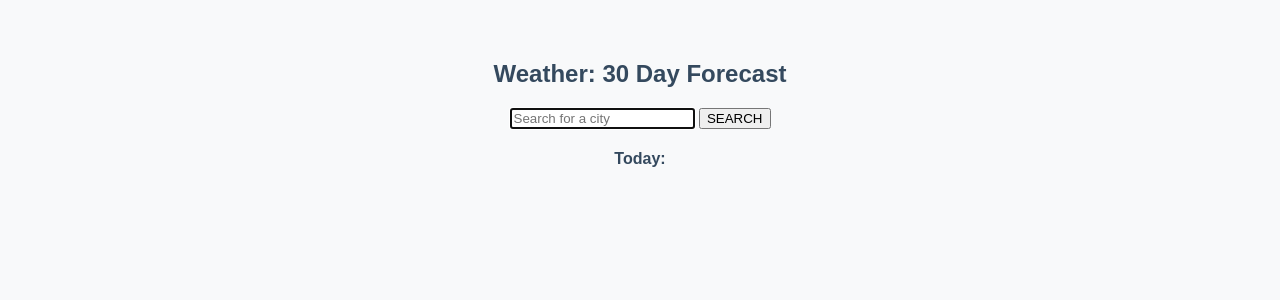
Repository: m0llyc00k/web-advanced
Page: NYC_weather_midterm/index_MC.html
The author's editor kept a record of every edit. The page is drawn from the files as they stood at one moment, then again after the next edit.
The browser window is 1280 px wide. The pictures show the whole page.
Some web fonts or font styles are not loaded; a fallback is used.

Above is the page before.

### NYC_weather_midterm/index_MC.html
<!DOCTYPE html>
<html lang="en">

<head>
    <link rel="stylesheet" href="./styles_MC.css" type="text/css">

    </link>

    <title>Weather: 30 Day Forecast</title>
</head>

<body>
    <h2 class="title">
         Weather: 30 Day Forecast
    </h2>

        <section class="top-banner">
            <div class="container">
                <form>
                    <input type="text" placeholder="Search for a city" autofocus>
                    <button type="submit">SEARCH</button>
                    <span class="msg"></span>
                </form>
            </div>
        </section>
        <!--<section class="ajax-section">-->
        <!--    <div class="container">-->
        <!--        <ul class="cities"></ul>-->
        <!--    </div>-->
        <!--</section>-->
    </div>
    <h4>Today:</h4>
    <br><br><br>
    <div id="wrapper" class="wrapper">
        <div id="tooltip" class="tooltip">
            <div id="tooltip-date" class="tooltip-date"></div>
            <div id="tooltip-temperature" class="tooltip-temperature">
                <span id="tooltip-temperature-min"></span>
                -
                <span id="tooltip-temperature-max"></span>
            </div>
            <div class="tooltip-metric tooltip-precipitation-type">
                <div>Weather</div>
                <div id="tooltip-precipitation-type"></div>
            </div>

            <div class="tooltip-metric tooltip-cloud">
                <div>Cloud Cover</div>
                <div id="tooltip-cloud"></div>
            </div>
            <div class="tooltip-metric tooltip-rain">
                <div>Rain</div>
                <div id="tooltip-rain"></div>
            </div>
            <div class="tooltip-metric tooltip-snow">
                <div>Snow</div>
                <div id="tooltip-snow"></div>
            </div>
            <div class="tooltip-metric tooltip-humidity">
                <div>Humidity</div>
                <div id="tooltip-humidity"></div>
            </div>
        </div>


        <script src="https://d3js.org/d3.v7.min.js"></script>
        <script src="./script2.js"></script>

</body>

</html>

### NYC_weather_midterm/styles_MC.css
/* Import and use the Inter font https://rsms.me/inter/ */
@import url('https://rsms.me/inter/inter.css');

html {
    font-family: 'Inter', sans-serif;
}

body {
    display: flex;
    flex-direction: column;
    align-items: center;
    padding: 2em 2em;
    font-family: 'Inter var', sans-serif;
    font-size: 16px;
    color: #34495e;
    background: #f8f9fa;
}

#title {
    position: relative;
    width: 600px;
    margin-top: .3em;
    margin-bottom: .3em;
    line-height: 1.2em;
    display: flex;
    justify-content: center;
    text-align: center;
    align-items: center;
    font-family: 'Inter', sans-serif;
    font-feature-settings: 'tnum'1;
    font-weight: bold;
    font-size: 24px;
}

.grid-line {
    stroke: #dadadd;
    fill: none;
}

.tick-label {
    dominant-baseline: middle;
    fill: #8395a7;
    font-size: 0.7em;
    font-weight: 700;
    letter-spacing: 0.005em;
}

.tick-label-temperature {
    fill: #8395a7;
    opacity: 0.7;
    dominant-baseline: middle;
    font-size: 0.7em;
}

.freezingCircle {
    fill: skyblue;
    opacity: 0.5;
}

.day-line {
    stroke: #dadadd;
    stroke-width: 3;
}

.cloud-dot {
    fill: #c8d6e5;
    /*opacity: 0.8;*/
    mix-blend-mode: multiply;
}

.humidity-dot {
    fill: #d8d2e7;
    /*opacity: 0.8;*/
}

.rain-dot {
    opacity: 0.7;
    fill: cornflowerblue;
    mix-blend-mode: multiply;
}

.snow-dot {
    opacity: 0.7;
    fill: #636e72;
    mix-blend-mode: multiply;
}

.annotation-line {
    stroke: gray;
    /*opacity: 0.4;*/
}

.annotation-text {
    fill: gray;
    font-size: 0.7em;
    dominant-baseline: middle;
}

svg {
    overflow: visible;
}

#wrapper {
    position: relative;
}

.dropbtn {
    background-color: #8395a7;
    font-family: 'Inter', sans-serif;
    color: #dfdfdf;
    padding: 14px;
    font-size: 13px;
    border: none;
}

.dropdown {
    position: relative;
    display: inline-block;
}

.dropdown-content {
    font-family: 'Inter', sans-serif;
    font-size: 12px;
    display: none;
    position: absolute;
    background-color: #dfdfdf;
    min-width: 120px;
    box-shadow: 0px 8px 16px 0px rgba(0, 0, 0, 0.2);
    z-index: 1;
    color: #34495e;
    justify-content: center;
    text-align: center;
    align-items: center;

}

.dropdown-content a {
    font-family: 'Inter', sans-serif;
    color: black;
    padding: 12px 16px;
    text-decoration: none;
    display: block;
}

.dropdown-content a:hover {
    background-color: cornflowerblue;
    opacity: .5;
}

.dropdown:hover .dropdown-content {
    display: block;
}

.dropdown:hover .dropbtn {
    opacity: .5;
}

.tooltip {
    opacity: 0;
    position: absolute;
    top: 0;
    left: 0;
    width: 15em;
    padding: 0.6em 1em;
    background: #fff;
    text-align: center;
    line-height: 1.4em;
    font-size: 0.9em;
    border: 1px solid #ddd;
    z-index: 10;
    pointer-events: none;

}

.tooltip-date {
    margin-bottom: 0.2em;
    font-weight: 600;
    font-size: 1.1em;
    line-height: 1.4em;
}

.tooltip-temperature {
    font-feature-settings: 'tnum'1;
}

.tooltip-metric {
    display: flex;
    justify-content: space-between;
    width: 100%;
    font-size: 0.8em;
    line-height: 1.3em;
    transition: all 0.1s ease-out;
}

.tooltip-metric div:first-child {
    font-weight: 800;
    padding-right: 1em;
}

.tooltip-metric div:nth-child(2) {
    font-feature-settings: 'tnum'1;
}

.tooltip-cloud {
    color: #8395a7;
}

.tooltip-humidity {
    color: #bbb1d5;
}

.listener-circle {
    fill: transparent;
}

.tooltip-line {
    pointer-events: none;
    fill: #8395a7;
    /*fill-opacity: 0.2;*/
    mix-blend-mode: multiply;
}

.tooltip-rain {
    color: cornflowerblue;
}

.tooltip-snow {
    /*color: #8791a3;*/
    color: #b2bec3;
}

.tooltip-precipitation-type {
    margin-bottom: 8px;
    margin-top: 8px;
}

### NYC_weather_midterm/script2.js
/*global d3*/
//create a constructor function to process the data within object

"use strict";

const form = document.querySelector(".top-banner form");
const input = document.querySelector(".top-banner input");
const msg = document.querySelector(".top-banner .msg");
// const list = document.querySelector(".ajax-section .cities");
const apiKey = "0353e66df6f1bec42f85ab2aa62ad775";

form.addEventListener("submit", e => {
    e.preventDefault();
    let inputVal = input.value;

    //ajax here
    const url = `https://pro.openweathermap.org/data/2.5/forecast/climate?q=${inputVal}&appid=${apiKey}&units=imperial`;

    function fetchSearchData() {

        fetch(url)
            .then(res => res.json())
            // .then(data => {
            //     console.log(data)

            .then(function(data) {
                const dataset = data.list
                const allData = data


                drawChart(dataset)
                console.log(allData)
                getTitle(allData)

            })
            .catch(error => {
                console.log(error);
                msg.textContent = "Please search for a valid city";
            })

        msg.textContent = "";
        form.reset();
        input.focus();
    };



    function getTitle(allData) {
        const title = document.getElementById("title")
        const city = document.createElement("h2");
        const newTitle = city.innerText = allData.city.name + ", " + allData.city.country;
        title.innerHTML = newTitle + " : 30 Day Forecast";
    }

    const chartDiv = document.getElementById('wrapper')

        if (chartDiv == null) {
            fetchSearchData()
        } else {
            chartDiv.remove()
            fetchSearchData()
        }


    //////// draw chart in d3 ////////


    function drawChart(newData) {



        // 1. Access data


        // console.log(newData)
        //add the date format to the data
        const formatDate = d3.timeFormat("%Y-%m-%d")
        const parseDate = d3.timeParse("%Y-%m-%d")

        newData.forEach((element) => {
            element['date'] =
                (formatDate(element.dt * 1000))
        })

        const sunFormatter = d3.timeFormat("%I %p")
        const temperatureMinAccessor = d => d.temp.min
        const temperatureMaxAccessor = d => d.temp.max
        const dayAccessor = d => d.date
        const humidityAccessor = d => d.humidity
        const rainAccessor = d => d.rain
        const snowAccessor = d => d.snow
        const precipitationTypeAccessor = d => d.weather[0].main
        const weatherType = d => d.weather[0].description
        const cloudAccessor = d => d.clouds
        const dateParser = d3.timeParse("%Y-%m-%d")
        const sunriseAccessor = d => dateParser(d.sunrise)
        const sunsetAccessor = d => dateParser(d.sunset)
        const sunriseFormat = d => sunFormatter(sunriseAccessor(d.sunrise))
        const dateAccessor = d => dateParser(d.date)


        // 2. Create chart dimensions

        const width = 600
        let dimensions = {
            width: width,
            height: width,
            radius: width / 2,
            margin: {
                top: 120,
                right: 120,
                bottom: 120,
                left: 120,
            },
        }
        dimensions.boundedWidth = dimensions.width - dimensions.margin.left - dimensions.margin.right
        dimensions.boundedHeight = dimensions.height - dimensions.margin.top - dimensions.margin.bottom
        dimensions.boundedRadius = dimensions.radius - ((dimensions.margin.left + dimensions.margin.right) / 2)

        // 3. Draw canvas

        const div = document.createElement("div")
        div.setAttribute('class', 'wrapper');
        div.setAttribute('id', 'wrapper')
        document.body.appendChild(div);

        div.innerHTML = `
        <div id="tooltip" class="tooltip">
            <div id="tooltip-date" class="tooltip-date"></div>
            <div id="tooltip-temperature" class="tooltip-temperature">
                <span id="tooltip-temperature-min"></span>
                -
                <span id="tooltip-temperature-max"></span>
            </div>
            <div class="tooltip-metric tooltip-precipitation-type">
                <div>Weather</div>
                <div id="tooltip-precipitation-type"></div>
            </div>

            <div class="tooltip-metric tooltip-cloud">
                <div>Cloud Cover</div>
                <div id="tooltip-cloud"></div>
            </div>
            <div class="tooltip-metric tooltip-rain">
                <div>Rain</div>
                <div id="tooltip-rain"></div>
            </div>
            <div class="tooltip-metric tooltip-snow">
                <div>Snow</div>
                <div id="tooltip-snow"></div>
            </div>
            <div class="tooltip-metric tooltip-humidity">
                <div>Humidity</div>
                <div id="tooltip-humidity"></div>
            </div>
        </div>
        `

        const subtitle = document.createElement('h4')

        const wrapper = d3.select("#wrapper")
            .append("svg")
            .attr("width", dimensions.width)
            .attr("height", dimensions.height)

        const bounds = wrapper.append("g")
            .style("transform", `translate(${
            dimensions.margin.left + dimensions.boundedRadius}px, ${dimensions.margin.top + dimensions.boundedRadius}px)`)

        const defs = wrapper.append("defs")

        const gradientId = "temperature-gradient"
        const gradient = defs.append("radialGradient")
            .attr("id", gradientId)

        const radiusScale = d3.scaleLinear()
            .domain(d3.extent([
                ...newData.map(temperatureMinAccessor),
                ...newData.map(temperatureMaxAccessor),
            ]))
            .range([0, dimensions.boundedRadius])
            .nice()

        const numberOfStops = 10
        // const gradientColorScale = d3.interpolatePuBuGn
        // const gradientColorScale = d3.interpolateBuPu
        // const gradientColorScale = d3.interpolateCool
        const gradientColorScale = d3.interpolateRgb("cornflowerblue", "#047773")


        const temperatureColorScale = d3.scaleSequential()
            .domain(radiusScale.domain())
            .interpolator(gradientColorScale)

        d3.range(numberOfStops).forEach(i =>
            gradient.append("stop")
            .attr("offset", `${i *100 / (numberOfStops - 1)}%`)
            .attr("stop-color", gradientColorScale(
                i / (numberOfStops - 1)
            )))

        // 4. Create scales

        const angleScale = d3.scaleTime()
            .domain(d3.extent(newData, dateAccessor))
            .range([0, Math.PI * 2])


        const getCoordinatesForAngle = (angle, offset = 1) => [
            Math.cos(angle - Math.PI / 2) * dimensions.boundedRadius * offset,
            Math.sin(angle - Math.PI / 2) * dimensions.boundedRadius * offset,
        ]

        const getXFromDataPoint = (d, offset = 1.4) => (
            getCoordinatesForAngle(angleScale(dateAccessor(d)), offset)[0]
        )

        const getYFromDataPoint = (d, offset = 1.4) => (
            getCoordinatesForAngle(angleScale(dateAccessor(d)), offset)[1]
        )

        // 5. Draw data

        const freezingCircle = bounds.append("circle")
            .attr("r", radiusScale(32))
            .attr("class", "freezingCircle")


        const areaGenerator = d3.areaRadial()
            .angle(d => angleScale(dateAccessor(d)))
            .innerRadius(d => radiusScale(temperatureMinAccessor(d)))
            .outerRadius(d => radiusScale(temperatureMaxAccessor(d)))

        const area = bounds.append("path")
            .attr("d", areaGenerator(newData))
            .style("fill", `url(#${gradientId}`)

        const cloudRadiusScale = d3.scaleSqrt()
            .domain(d3.extent(newData, cloudAccessor))
            .range([1, 10])

        const humidityRadiusScale = d3.scaleSqrt()
            .domain(d3.extent(newData, humidityAccessor))
            .range([1, 10])

        const precipitationTypes = ["rain", "clouds", "snow", "humidity"]
        const precipitationTypeColorScale = d3.scaleOrdinal()
            .domain(precipitationTypes)
            .range(["cornflowerblue", "#636e72", "#b2bec3", "#d8d2e7"])

        const rainRaduisScale = d3.scaleSqrt()
            .domain(d3.extent(newData, rainAccessor))
            .range([0, 10])

        const snowRaduisScale = d3.scaleSqrt()
            .domain(d3.extent(newData, snowAccessor))
            .range([0, 10])

        // 6. Draw peripherals

        const annotationGroup = bounds.append("g")
        const drawAnnotation = (angle, offset, text) => {
            const [x1, y1] = getCoordinatesForAngle(angle, offset)
            const [x2, y2] = getCoordinatesForAngle(angle, 2.6)

            annotationGroup.append("line")
                .attr("x1", x1)
                .attr("x2", x2)
                .attr("y1", y1)
                .attr("y2", y2)
                .attr("class", "annotation-line")

            annotationGroup.append("text")
                .attr("x", x2 + 6)
                .attr("y", y2)
                .attr("class", "annotation-text")
                .text(text)

        }




        const peripherals = bounds.append("g")
        const days = d3.timeDay.range(...angleScale.domain())

        days.forEach(day => {
            const angle = angleScale(day)
            const [x, y] = getCoordinatesForAngle(angle, 1)
            // console.log(getCoordinatesForAngle(angle, 1))

            peripherals.append("line")
                .attr("x2", x)
                .attr("y2", y)
                .attr("class", "grid-line")


            const [labelx, labely] = getCoordinatesForAngle(angle, 2)
            peripherals.append("text")
                .text(d3.timeFormat("%b %d")(day))
                .attr("x", labelx)
                .attr("y", labely)
                .attr("class", "tick-label")
                .style("text-anchor",
                    Math.abs(labelx) < 5 ? "middle" :
                    labelx > 0 ? "start" :
                    "end"
                )


            const temperatureTicks = radiusScale.ticks(4)
            // console.log(temperatureTicks)
            const gridCircles = temperatureTicks.map(d => {
                peripherals.append("circle")
                    .attr("r", radiusScale(d))
                    .attr("class", "grid-line")
            })

            const tickLabelBackgrounds = temperatureTicks.map(d => {
                if (d < 1) return
                return peripherals.append("rect")
                    // .attr("x", 4)
                    .attr("y", -radiusScale(d) - 10)
                    .attr("width", 40)
                    .attr("height", 20)
                    .attr("fill", "#f8f9fa")
            })

            const gridLabels = temperatureTicks.map(d => {
                if (d < 1) return
                return peripherals.append("text")
                    .attr("x", 4)
                    .attr("y", -radiusScale(d) + 2)
                    .html(`${d3.format(".0f")(d)} \xB0F`)
                    .attr("class", "tick-label-temperature")
            })

        })

        //ticks for days

        const dayGroup = bounds.append("g")
        const dayOffset = 1
        const dayTick = dayGroup.selectAll("line")
            .data(newData.filter(d => dayAccessor(d)))
            .join("line")
            .attr("x1", d => getXFromDataPoint(d, dayOffset))
            .attr("y1", d => getYFromDataPoint(d, dayOffset))
            .attr("x2", d => getXFromDataPoint(d, dayOffset + 0.1))
            .attr("y2", d => getYFromDataPoint(d, dayOffset + 0.1))
            .attr("class", "day-line")

        //outer circles

        const cloudGroup = bounds.append("g")
        const cloudOffset = 1.65
        const cloudDots = cloudGroup.selectAll("circle")
            .data(newData)
            .join("circle")
            .attr("r", d => cloudRadiusScale(cloudAccessor(d)))
            .attr("cx", d => getXFromDataPoint(d, cloudOffset))
            .attr("cy", d => getYFromDataPoint(d, cloudOffset))
            .attr("class", "cloud-dot")

        const humidityGroup = bounds.append("g")
        const humidityOffset = 1.20
        const humidityDots = humidityGroup.selectAll("circle")
            .data(newData)
            .join("circle")
            .attr("r", d => humidityRadiusScale(humidityAccessor(d)))
            .attr("cx", d => getXFromDataPoint(d, humidityOffset))
            .attr("cy", d => getYFromDataPoint(d, humidityOffset))
            .attr("class", "humidity-dot")

        const rainGroup = bounds.append("g")
        const rainOffset = 1.34
        const rainDots = rainGroup.selectAll("circle")
            .data(newData)
            .join("circle")
            .attr("r", d => rainRaduisScale(rainAccessor(d)))
            .attr("cx", d => getXFromDataPoint(d, rainOffset))
            .attr("cy", d => getYFromDataPoint(d, rainOffset))
            .attr("class", "rain-dot")

        const snowGroup = bounds.append("g")
        const snowOffset = 1.47
        const snowDots = snowGroup.selectAll("circle")
            .data(newData)
            .join("circle")
            .attr("r", d => snowRaduisScale(snowAccessor(d)))
            .attr("cx", d => getXFromDataPoint(d, snowOffset))
            .attr("cy", d => getYFromDataPoint(d, snowOffset))
            .attr("class", "snow-dot")



        // drawAnnotation(Math.PI * 0.3, humidityOffset , "Humidity")
        // drawAnnotation(Math.PI * 0.195, cloudOffset , "Cloudiness")
        // drawAnnotation(Math.PI * 0.24, rainOffset , "Rain")
        // drawAnnotation(Math.PI * 0.26, snowOffset , "Snow")
        drawAnnotation(Math.PI * 0.65, 0.5, "Temperature")


        drawAnnotation(Math.PI * 0.72, radiusScale(32) / dimensions.boundedRadius, "Freezing Temperature (32\xB0F)")


        precipitationTypes.forEach((precipitationType, index) => {
            const labelCoordinates = getCoordinatesForAngle(Math.PI * 0.28, 3.0)

            annotationGroup.append("circle")
                .attr("cx", labelCoordinates[0] + 15)
                .attr("cy", labelCoordinates[1] + (16 * (index + 1)))
                .attr("r", 4)
                .attr("fill", precipitationTypeColorScale(precipitationType))
                .style("opacity", 0.7)
            annotationGroup.append("text")
                .attr("x", labelCoordinates[0] + 25)
                .attr("y", labelCoordinates[1] + (16 * (index + 1)))
                .text(precipitationType)
                .attr("class", "annotation-text")

        })




        //   // 7. Set up interactions

        const listenerCircle = bounds.append("circle")
            .attr("r", dimensions.width / 2)
            .attr("class", "listener-circle")
            .on("mousemove", onMouseMove)
            .on("mouseleave", onMouseLeave)


        const tooltip = d3.select("#tooltip")
        const tooltipLine = bounds.append("path")
            .attr("class", "tooltip-line")

        function onMouseMove(e) {
            const [x, y] = d3.pointer(e)

            const getAngleFromCoordinates = (x, y) => (
                Math.atan2(y, x))
            let angle = getAngleFromCoordinates(x, y) + Math.PI / 2
            if (angle < 0) angle = (Math.PI * 2) + angle

            const tooltipArcGenerator = d3.arc()
                .innerRadius(0)
                .outerRadius(dimensions.boundedRadius * 1.6)
                .startAngle(angle - 0.15)
                .endAngle(angle + 0.015)

            tooltipLine.attr("d", tooltipArcGenerator())
                .style("opacity", 1)

            const outerCoordinates = getCoordinatesForAngle(angle, 1.6)

            tooltip.style("opacity", 1)
                .style("transform", `translate(calc(${
          outerCoordinates[0] < -50 ? "40px + -100" :
          outerCoordinates[0] > 50 ? "-40px + 0" :
          -50
        }% + ${
          outerCoordinates[0] + dimensions.margin.left + dimensions.boundedRadius
        }px), calc(${
          outerCoordinates[1] < -50 ? "40px + -100" :
          outerCoordinates[1] > 50 ? "-40px + 0" :
          -50
        }% + ${
          outerCoordinates[1] + dimensions.margin.top + dimensions.boundedRadius
        }px))`)

            const date = angleScale.invert(angle)
            const dateString = d3.timeFormat("%Y-%m-%d")(date)

            const dataPoint = newData.find(d => d.date == dateString)
            if (!dataPoint) return

            const noValue = NaN



            tooltip.select("#tooltip-date")
                .text(d3.timeFormat("%B %-d")(date))
            tooltip.select("#tooltip-temperature-min")
                .html(`${d3.format(".1f")(
          temperatureMinAccessor(dataPoint))
        }	\xB0F`)
            tooltip.select("#tooltip-temperature-max")
                .html(`${d3.format(".1f")(
          temperatureMaxAccessor(dataPoint))
        }	\xB0F`)
            tooltip.select("#tooltip-humidity")
                .html(`${d3.format(".1f")(
          humidityAccessor(dataPoint))
        }	%`)
            tooltip.select("#tooltip-cloud")
                .html(`${d3.format(".1f")(
          cloudAccessor(dataPoint))
        }	%`)


            if (snowAccessor(dataPoint) != undefined) {
                tooltip.select("#tooltip-snow")
                    .html(`${d3.format(".1f")(
                snowAccessor(dataPoint))
        }	mm`)
            }
            else {
                tooltip.select("#tooltip-snow")
                    .text('none')
            }


            if (rainAccessor(dataPoint) != undefined) {
                tooltip.select("#tooltip-rain")
                    .html(`${d3.format(".1f")(
            rainAccessor(dataPoint))
        }	mm`)

            }
            else {
                tooltip.select("#tooltip-rain")
                    .text('none')
            }


            tooltip.select("#tooltip-precipitation-type")
                .text(weatherType(dataPoint))
            // tooltip.select("#tooltip-sunrise")
            //     .text(sunriseAccessor(d3.timeFormat("%I %p")))
            // tooltip.select("#tooltip-sunset")
            //     .text(d3.timeFormat("%I %p")(sunsetAccessor))
            tooltip.select(".tooltip-precipitation-type")
                .style("color", precipitationTypeAccessor(dataPoint) ?
                    precipitationTypeColorScale(
                        precipitationTypeAccessor(dataPoint)
                    ) :
                    "#dadadd")
            tooltip.select("#tooltip-temperature-min")
                .style("color", temperatureColorScale(
                    temperatureMinAccessor(dataPoint)
                ))
            tooltip.select("#tooltip-temperature-max")
                .style("color", temperatureColorScale(
                    temperatureMaxAccessor(dataPoint)
                ))
            tooltip.select("#tooltip-rain")
                .style("color", "cornflowerblue")
            tooltip.select("#tooltip-snow")
                .style("color", "#8791a3")
            // tooltip.select("#tooltip-sunrise")
            //     .style("color", "#feca57")
            // tooltip.select("#tooltip-sunset")
            //     .style("color", "#fe7757")
        }

        function onMouseLeave() {
            tooltip.style("opacity", 0)
            tooltipLine.style("opacity", 0)

        }



    }

});

After the next edit:
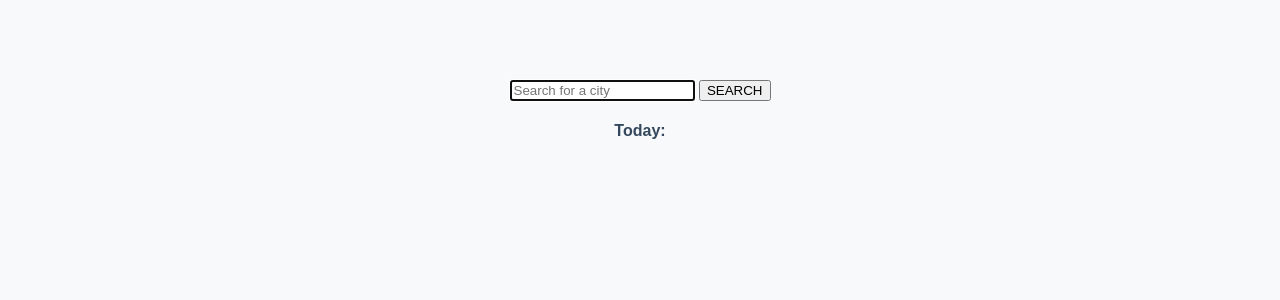
The edit:
--- a/NYC_weather_midterm/index_MC.html
+++ b/NYC_weather_midterm/index_MC.html
@@ -10,8 +10,9 @@
 </head>
 
 <body>
+    <div class="title"></div>
     <h2 class="title">
-         Weather: 30 Day Forecast
+         <!--Weather: 30 Day Forecast-->
     </h2>
 
         <section class="top-banner">
